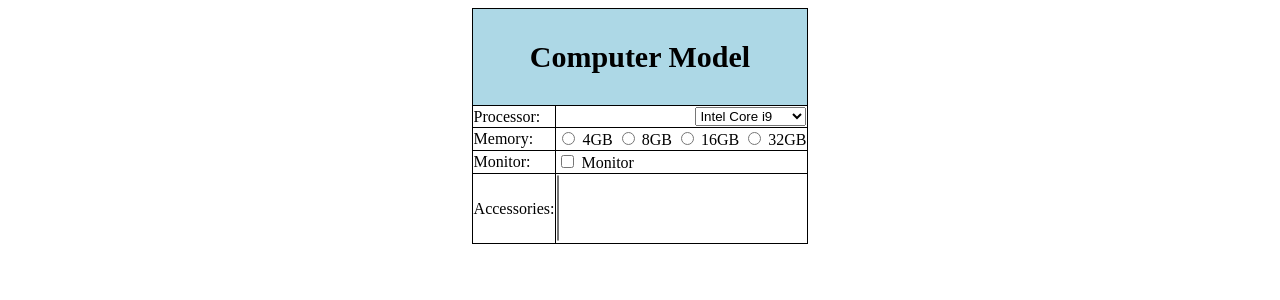
Repository: FatCat0712/JSP
Page: http://localhost/bai_20/computer.jsp
These files come from the project's save history. The page is drawn as it stood at one moment and after the next save; the edit follows.
The browser window is 1280 px wide. The pictures show the whole page.
The page is served by Tomcat 9.

Above is the page before, as saved 2024-04-22 12:21:20.

After the next save:
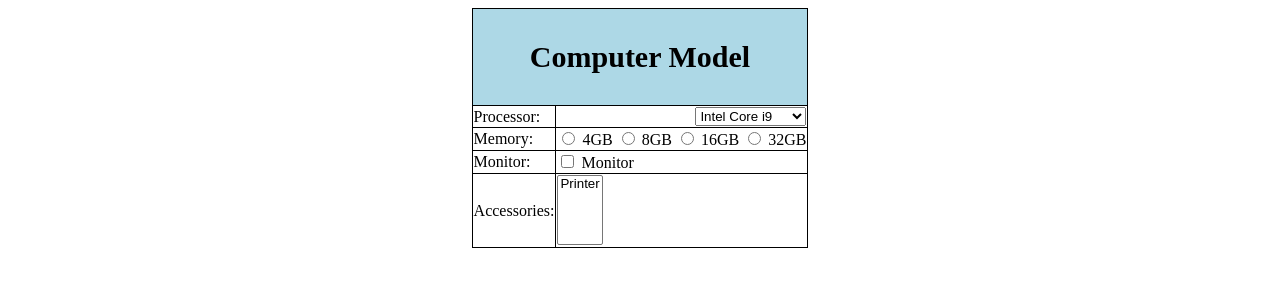
Saved 24 s later.
--- a/bai_20/src/main/webapp/computer.jsp
+++ b/bai_20/src/main/webapp/computer.jsp
@@ -67,7 +67,7 @@
 				</td>
 				<td>
 					<select name="accessories" multiple="multiple">
-
+						<option value="printer">Printer</option>
 					</select>
 				</td>
 
